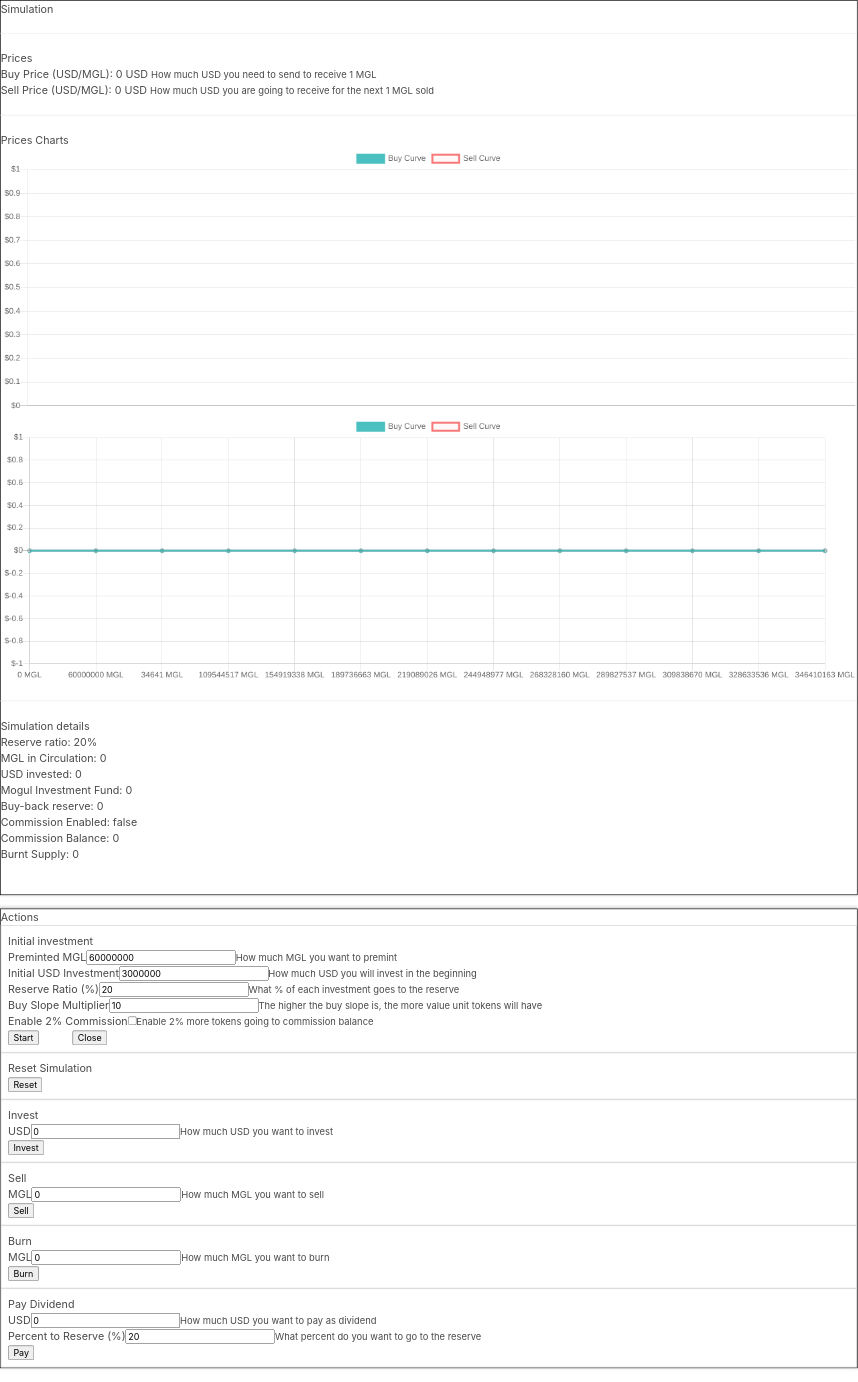
Repository: Fletch153/mogul-simulator
Page: /
The author's editor kept a copy of each file at every save. The page is drawn from the files as they stood at one save, then again after the next save.
The browser window is 1280 px wide. The pictures show the whole page, at 67% of full size.
The project was rebuilt for these pictures with package versions that can differ from the ones it lists, and the page was loaded fresh each time.

Above is the page before, as saved 2019-11-27 10:40:03.

### public/index.html
<!DOCTYPE html>
<html lang="en">

<head>
  <meta charset="utf-8">
  <meta http-equiv="X-UA-Compatible" content="IE=edge">
  <meta name="viewport" content="width=device-width,initial-scale=1.0">
  <link rel="icon" href="<%= BASE_URL %>favicon.ico">
  <title>Mogul Continuous Organisation</title>
</head>

<body>
  <noscript>
    <strong>We're sorry but curve-simulator doesn't work properly without JavaScript enabled. Please enable it to continue.</strong>
  </noscript>
  <div id="app"></div>
  <!-- built files will be auto injected -->
</body>

</html>

### src/main.ts
import Vue from 'vue';
import App from './App.vue';
import router from './router';
import store from './store';

import Buefy from "buefy";
import "buefy/dist/buefy.css";

Vue.use(Buefy);

Vue.config.productionTip = false;



new Vue({
  router,
  store,
  render: (h) => h(App),
}).$mount('#app');

### src/views/Home.vue
<template>
  <div class="home container-fluid">
    <div class="row justify-content-center">
      <div class="col">
        <Simulator />
      </div>
    </div>
  </div>
</template>

<script lang="ts">
import Vue from "vue";
import Simulator from "@/components/Simulator.vue"; // @ is an alias to /src

export default Vue.extend({
  name: "home",
  components: {
    Simulator
  }
});
</script>
<style scoped lang="less">
#center-logo {
  margin-left: 65px;
}
</style>

### src/components/CurveChart.vue
<script>
import Vue from "vue";
import { Line, mixins } from "vue-chartjs";
const { reactiveProp } = mixins;

export default Vue.extend({
  name: "CurveChart",
  extends: Line,
  mixins: [reactiveProp],
  props: ["options"],
  mounted() {
    this.renderChart(this.chartData, this.options);
  }
});
</script>

<style>
</style>

Loaded but not shown: src/App.vue (common file); src/router.ts (common file); src/store.ts (common file); src/components/Simulator.vue (755 lines, source omitted)

After the next save:
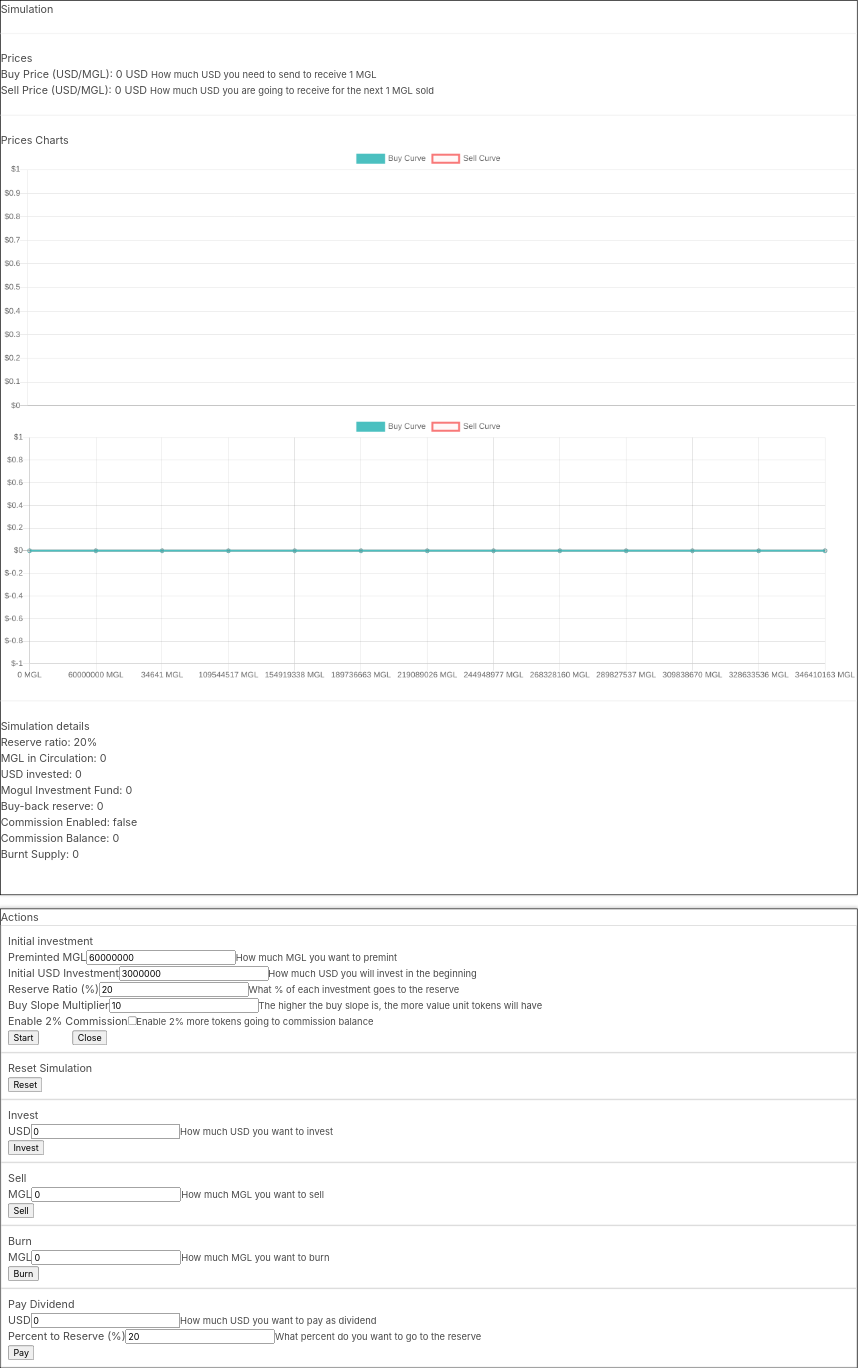
Saved 90 s later.
--- a/src/views/Home.vue
+++ b/src/views/Home.vue
@@ -1,10 +1,6 @@
 <template>
-  <div class="home container-fluid">
-    <div class="row justify-content-center">
-      <div class="col">
-        <Simulator />
-      </div>
-    </div>
+  <div class="corg-wrapper container-fluid">
+    <Simulator />
   </div>
 </template>
 
@@ -20,7 +16,9 @@ export default Vue.extend({
 });
 </script>
 <style scoped lang="less">
-#center-logo {
-  margin-left: 65px;
+.corg-wrapper {
+  background: #1C1C1B;
+  height: 100vh;
+  width: 100vw;
 }
 </style>
